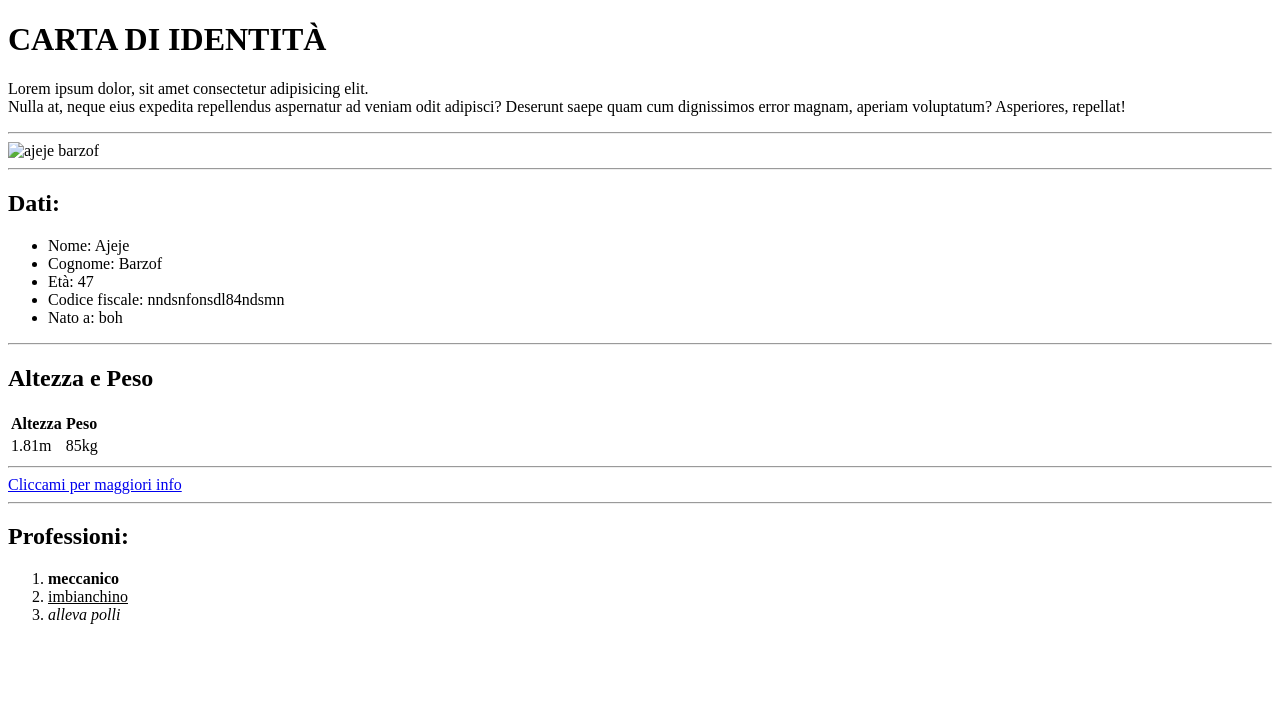
Repository: MicTomm/corso-frontend
Page: HTML/parmigiana/cdi.html
The author's editor kept a copy of each file at every save. The page is drawn from the files as they stood at one save, then again after the next save.
The browser window is 1280 px wide. The pictures show the whole page.

Above is the page before, as saved 2023-11-06 15:17:17.
Not found: HTML/parmigiana/img/ajeje-barzof.jpg

### HTML/parmigiana/cdi.html
<!DOCTYPE html>
<html lang="en">

<head>
  <meta charset="UTF-8">
  <meta name="viewport" content="width=device-width, initial-scale=1.0">
  <title>CDI</title>
</head>

<body>
  <main>
    <h1>CARTA DI IDENTITÀ</h1>
    <article>
      <p>Lorem ipsum dolor, sit amet consectetur adipisicing elit. <br />Nulla at, neque eius expedita repellendus
        aspernatur
        ad veniam odit adipisci? Deserunt saepe quam cum dignissimos error magnam, aperiam voluptatum? Asperiores,
        repellat!</p>
    </article>
    <hr>
    <img src="./img/ajeje-barzof.jpg" alt="ajeje barzof">
    <section>
      <hr>
      <h2>Dati:</h2>
      <ul>
        <li>Nome: Ajeje</li>
        <li>Cognome: Barzof</li>
        <li>Età: 47</li>
        <li>Codice fiscale: nndsnfonsdl84ndsmn</li>
        <li>Nato a: boh</li>
      </ul>
    </section>
    <hr>
    <section>
      <h2>Altezza e Peso</h2>
      <table>
        <tr>
          <th>Altezza</th>
          <th>Peso</th>
        </tr>
        <tr>
          <td>1.81m</td>
          <td>85kg</td>
        </tr>
      </table>
    </section>
    <hr>
    <a href="https://www.aldogiovanniegiacomo.it/personaggio/ajeje-brazorf/">Cliccami per maggiori info</a>
    <hr />
    <section>
      <h2>Professioni:</h2>
      <ol>
        <li><b>meccanico</b></li>
        <li><u>imbianchino</u></li>
        <li><i>alleva polli</i></li>
      </ol>
    </section>
  </main>
</body>

</html>

After the next save:
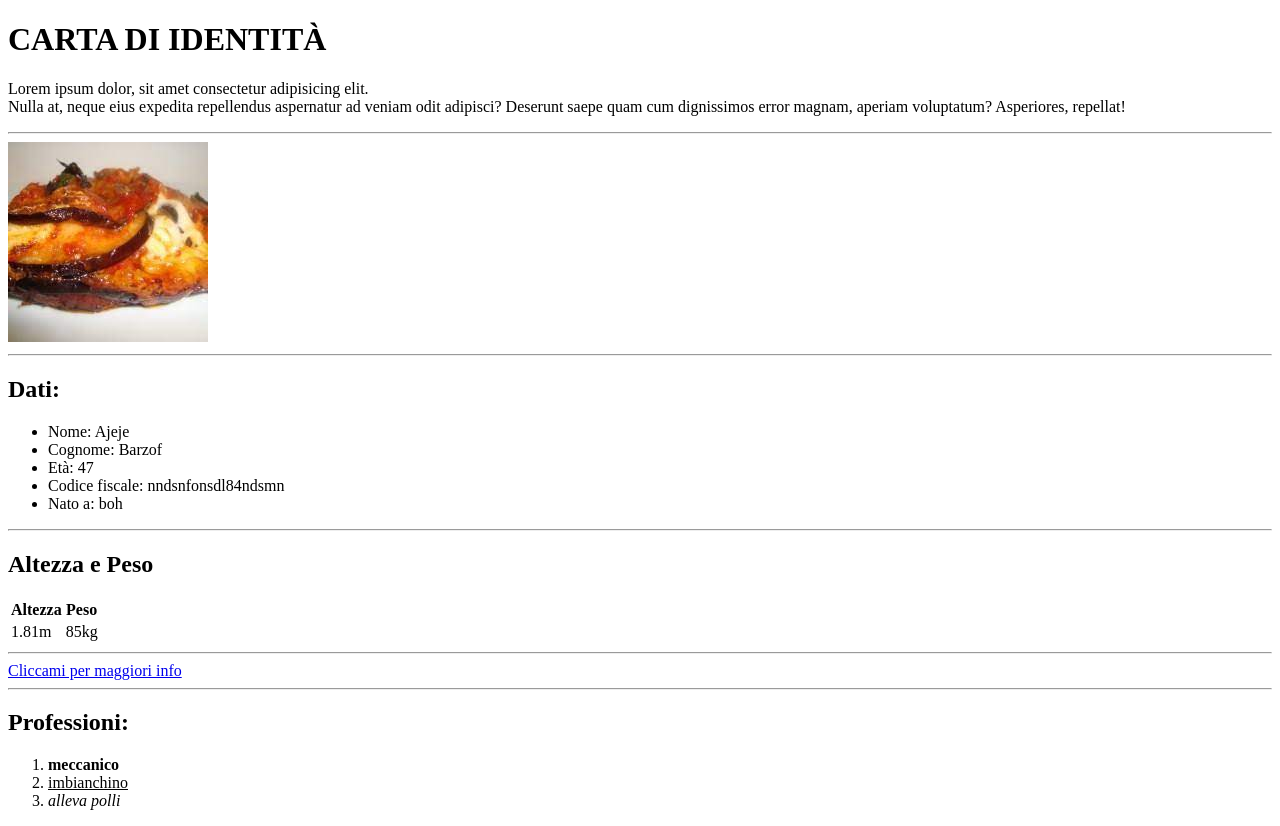
Saved 21 h 5 min later.
--- a/HTML/parmigiana/cdi.html
+++ b/HTML/parmigiana/cdi.html
@@ -17,7 +17,7 @@
         repellat!</p>
     </article>
     <hr>
-    <img src="./img/ajeje-barzof.jpg" alt="ajeje barzof">
+    <img src="./img/parmigiana.jpg" alt="ajeje barzof">
     <section>
       <hr>
       <h2>Dati:</h2>
